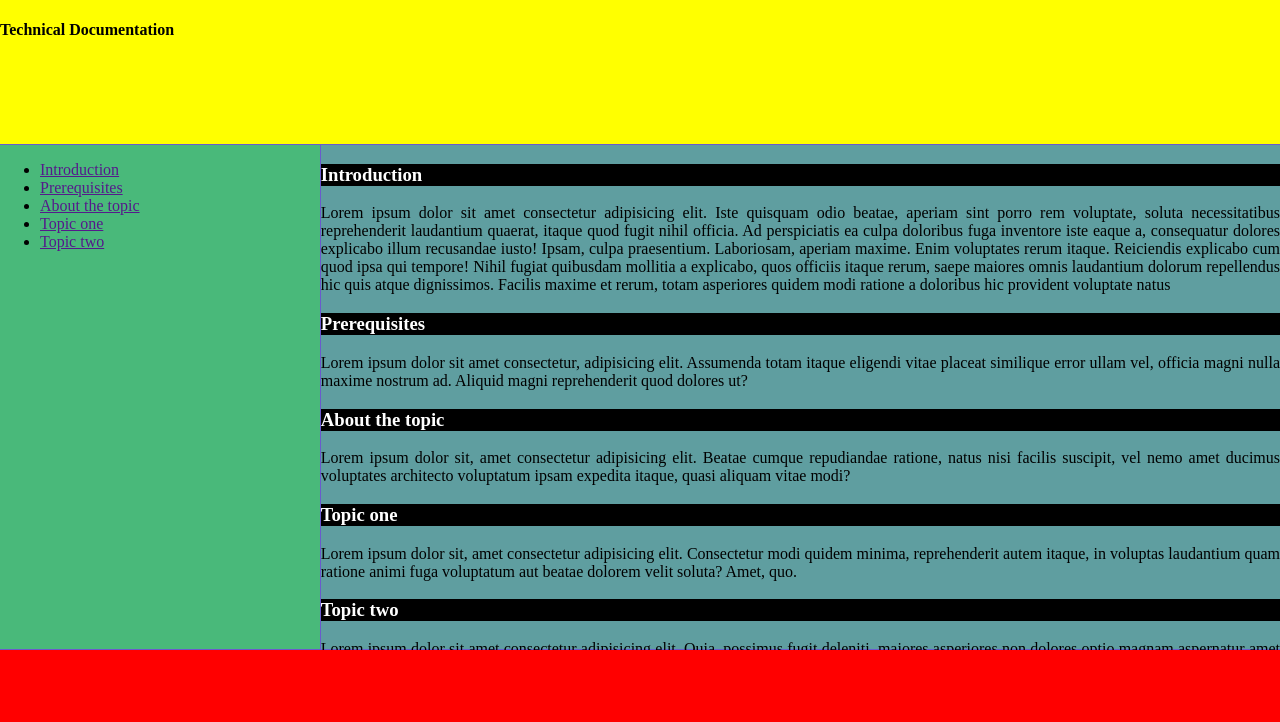
Repository: JoaoLemesDEV/Excercise-Tech-Documentation-Page
Page: index.html
The author's editor kept a copy of each file at every save. The page is drawn from the files as they stood at one save, then again after a run of saves.
The browser window is 1280 px wide. The pictures show the whole page.

Above is the page before, as saved 2021-10-03 22:09:45.

After the next 2 saves:
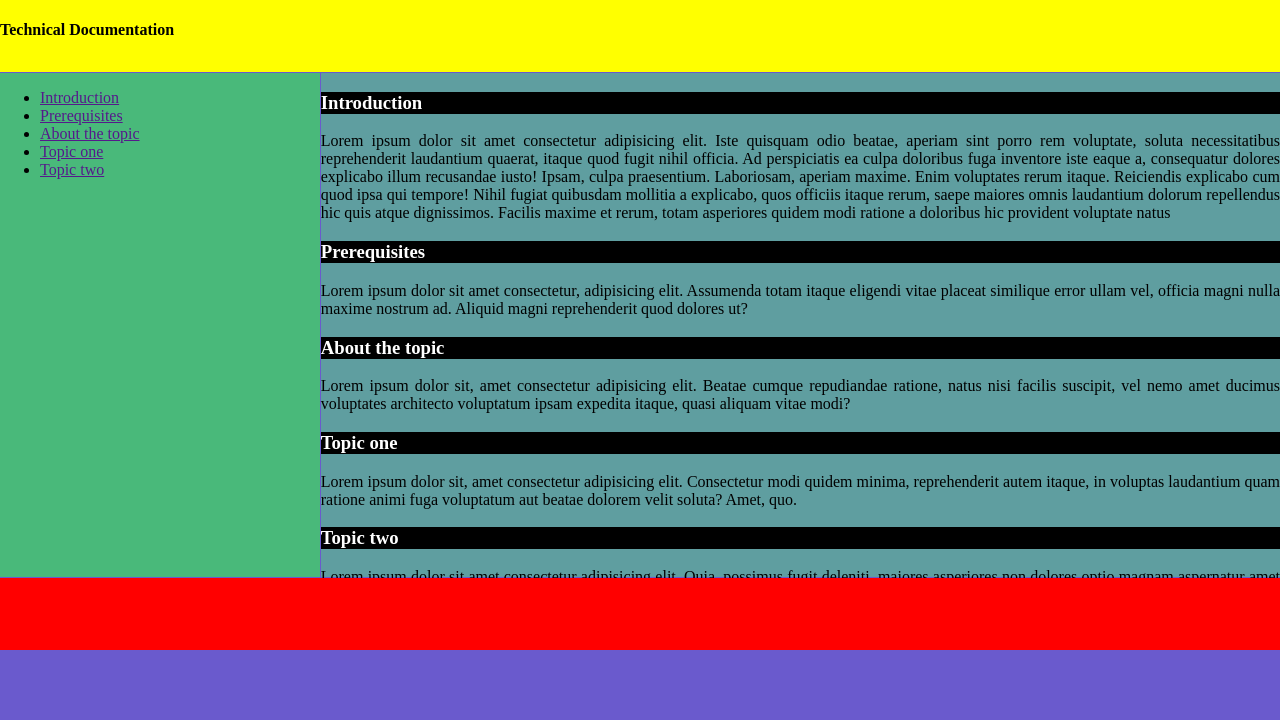
The 2 saves are shown as one change because they came seconds apart.
The last was saved 9 s later.
--- a/index.css
+++ b/index.css
@@ -7,7 +7,7 @@ html body {
 .wrapper {
   display: grid;
   grid-template-columns: 1fr 3fr;
-  grid-template-rows: 20vh 70vh 10vh;
+  grid-template-rows: 10vh 70vh 10vh;
   grid-gap: 1px 1px;
   grid-template-areas: "h h" "a m" "f f";
 }
